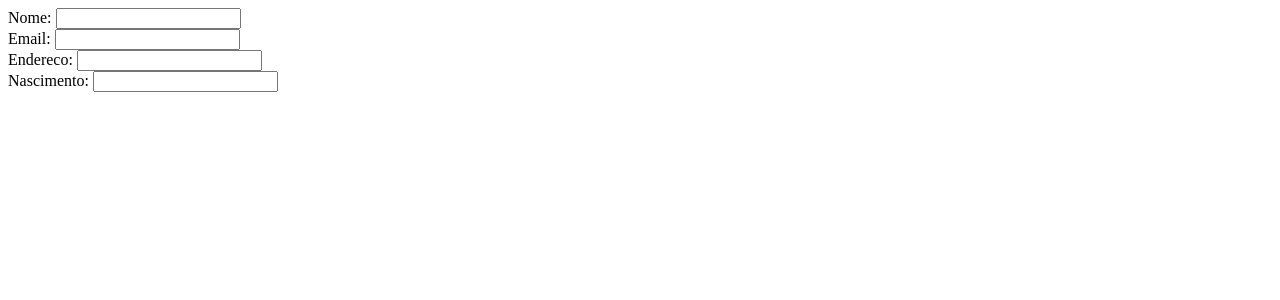
Repository: sergioweber79/aula-java
Page: aula-java-web/src/main/webapp/logged/index.html
These files come from the project's save history. The page is drawn as it stood at one moment and after the next save; the edit follows.
The browser window is 1280 px wide. The pictures show the whole page.

Above is the page before, as saved 2016-02-22 16:45:57.

After the next save:
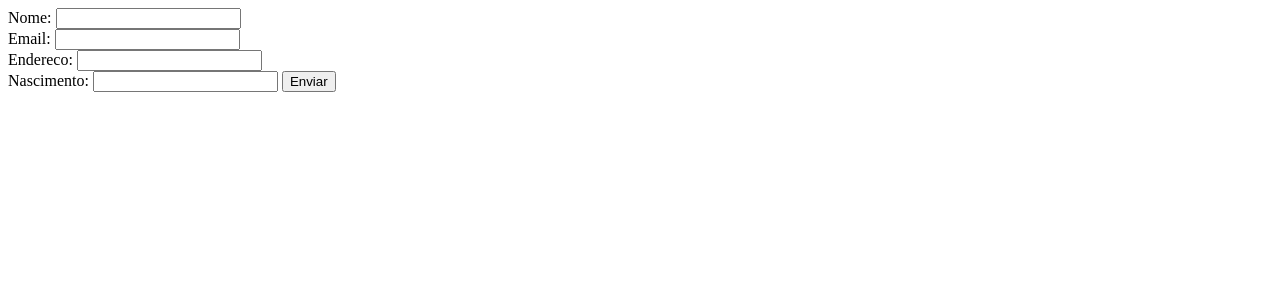
Saved 29 s later.
--- a/aula-java-web/src/main/webapp/logged/index.html
+++ b/aula-java-web/src/main/webapp/logged/index.html
@@ -7,13 +7,15 @@
 	<body>
 		<form action="/servlet">
 
-			Nome: <input type="text" name="name">
+			Nome: <input type="text" name="name"/>
 			<br/>
-			Email:  <input type="text" name="email">
+			Email:  <input type="text" name="email"/>
 			<br/>
-			Endereco:  <input type="text" name="address">
+			Endereco:  <input type="text" name="address"/>
 			<br/>
-			Nascimento:  <input type="text" name="birthDay">
+			Nascimento:  <input type="text" name="birthDay"/>
+
+			<input type="submit" value="Enviar">
 
 
 		</form>
